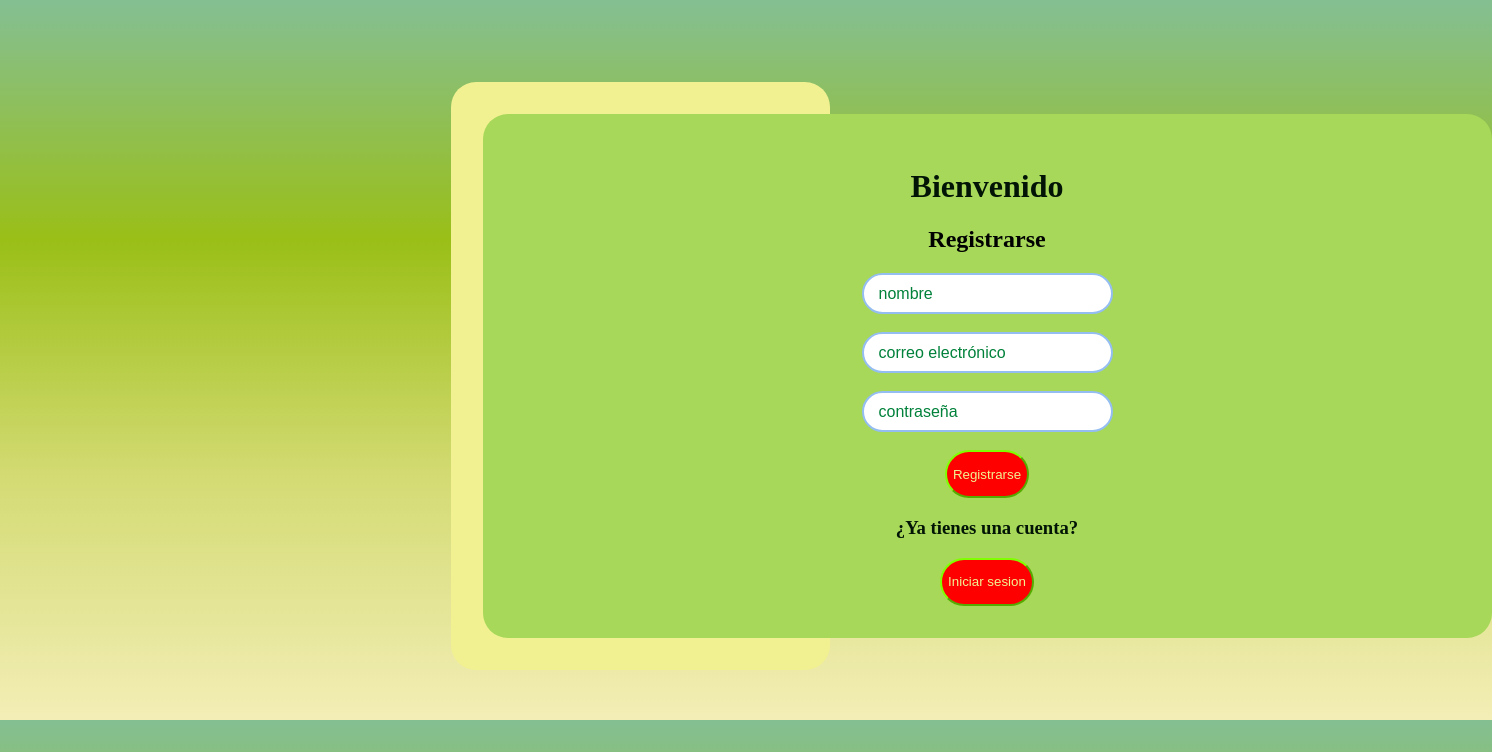
Repository: carrascokarencb37-afk/Nuura
Page: html/registrarse.html
An editor plug-in stored every save of this project. The page is shown before and after the next save, followed by the edit.
The browser window is 1280 px wide. The page is 1492 px wide, then 1280 px, so the pictures cover 1492 px, including what lies to the right of the window. The pictures show the whole page.
Some icons come from a web library that is not loaded, so they are not drawn. Backgrounds fixed to the window are drawn as part of the page.

Above is the page before, as saved 2026-05-28 22:51:41.

### html/registrarse.html
<!DOCTYPE html>
<html lang="es">
<head>
    <meta charset="UTF-8">
    <meta name="viewport" content="width=device-width, initial-scale=1.0">

    <title>Nuura - Registrarse</title>

    <link rel="stylesheet" href="../css/style.css">
    <link rel="icon" href="../img/Nuura.png" type="png">

        <script src="../js/script.js" defer></script>

</head>
    <body>
        <div class="borde">
            <div class="cont">
                <h1>Bienvenido</h1>
                <h2>Registrarse</h2>

        <form action="../php/guardar.php" method="POST">
                <input type="text" name="nombre" placeholder="nombre" id="nombre">
                <br><br>
                <input type="email" name="correo" id="correo" placeholder="correo electrónico">
                <br><br>
            <div class="contra">
                <input type="password" name="contra" id="contra" placeholder="contraseña">
                <span onclick="mostrarContra()" class="ojo">
                    <i
                        class="fi fi-sr-eye">
                    </i>
                </span>
                <br><br>
            </div>

                <button type="submit" class="chapito">Registrarse</button>

        </form>
                <h3>¿Ya tienes una cuenta?</h3>

                <a href="iniciarsesion.html"><button class="chapito">Iniciar sesion</button></a>

            </div>
        </div>

    </body>
</html>

### css/style.css
@import url('https://cdn-uicons.flaticon.com/4.0.0/uicons-solid-rounded/css/uicons-solid-rounded.css');

/*Importar fuente chewy*/
@font-face {
    font-family: 'chewy';
    src: url(../fonts/Chewy-Regular.ttf) format('truetype');
    font-weight: normal;
    font-style: normal;
}


body {
    background-image: linear-gradient(to top, #f3eeb6, #d4db74, #9abf17, #84bf93);
    background-size: cover;
    background-attachment: fixed;
    min-height: 100vh;
    margin: 0;

    justify-content: center;
    text-align: center;
    padding: 1rem;
    display: flex;
    align-items: center;
    justify-content: center;
}

.titulo {
    font-family: Arial, Helvetica, sans-serif;
}

.boton {
    text-decoration: none;
}

/*Aqui empieza el estilo de INICIAR SESION.html*/
.cont{
    border-radius: 25px;
    background-color: #a7d859;
    padding: 2rem;
    min-width: 300%;
    min-height: 70%;
}
.cont h1{
    color: rgb(2, 20, 5);
    font-family:cursive;
}
.cont h3{
    color:rgb(2, 20, 5);
    font-family:cursive;
}

.borde{
    background-color: #F1F191;
    border-radius:25px;
    padding: 2rem;
}

/*registros*/
.cont input{
    border-radius:30px;
    height: 2rem;
    width: 15rem;
    border-color: rgb(148, 189, 241);
}
.cont ::placeholder{
    color: rgb(0, 129, 58);
}

input{
    color: #004d00;
    max-width: 230px;
    min-height: 35px;

    border-radius: 20px;
    border: 2px solid #4c74ff;

    padding-left: 15px;

    color: #145214;

    font-size: 16px;

    outline: none;
}

/*ojito password*/
.fi fi-sr-eye{
    position: absolute;
    right: 15px;
    top: 8px;
    transform: translateY(-50%);
    cursor: pointer;
}

/*botones*/
.chapito{
    border-radius: 25px;
    background-color:rgb(78, 167, 42) ;
    border-color: chartreuse;
    height: 2rem;
    color: #F1F191;
    transition: 1s;
    background-color: red;
    height: 3rem;
    cursor: pointer;
}
.chapito:hover{
    background-color:rgb(148, 189, 241);
    color: blue;
    border-color: blue;
    transition: 1s;
    transform: scale(1.05);
}

/* Móviles medianos (480px - 768px) */
@media (min-width: 481px) and (max-width: 768px) {
    body {
        padding: 1rem;
    }

    .borde {
        max-width: 500px;
    }

    .cont {
        max-width: 400px;
    }

    .cont input {
        max-width: 260px;
    }

    input {
        max-width: 260px;
    }

    .contra {
        max-width: 260px;
    }
}

/* Móviles en horizontal y tablets pequeñas */
@media (max-width: 768px) {
    .chapito:hover {
        transform: none; /* Evita problemas de hover en táctil */
    }
}

/* Ajuste para pantallas muy pequeñas (menos de 360px) */
@media (max-width: 360px) {
    .cont {
        padding: 1rem;
    }

    .chapito {
        width: 100%;
        max-width: 200px;
        font-size: 0.85rem;
    }

    .cont h1 {
        font-size: 1.4rem;
    }

    .cont h2 {
        font-size: 1.1rem;
    }
}

### js/script.js
//Aqui está el código para mostrar la contraseña en el input de iniciar sesión
function mostrarContra() {
    const input = document.getElementById('contra');
    if (input.type === 'password') {
        input.type = 'text';
    }else {
        input.type = 'password';
    }

}

After the next save:
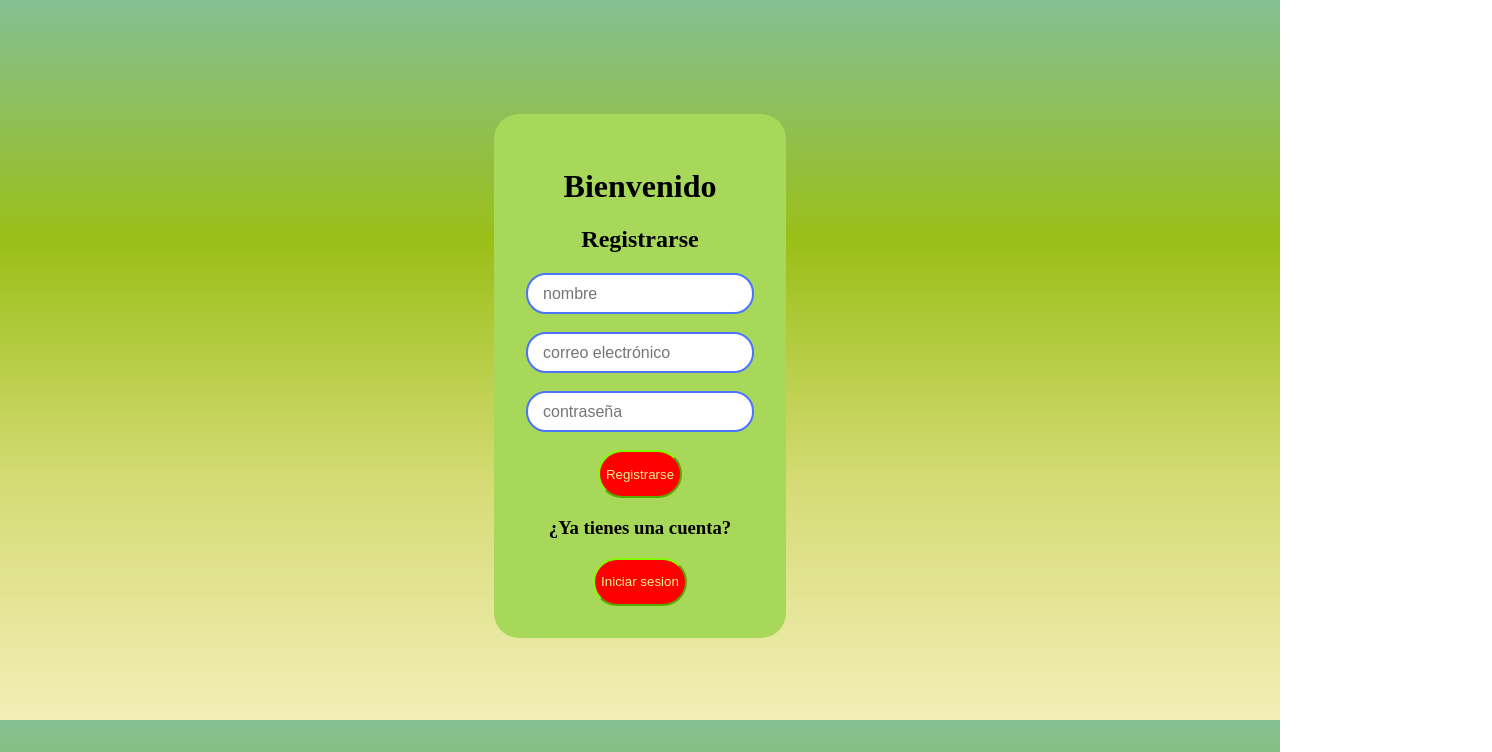
Saved 16 s later.
--- a/css/style.css
+++ b/css/style.css
@@ -37,9 +37,7 @@ body {
     border-radius: 25px;
     background-color: #a7d859;
     padding: 2rem;
-    min-width: 300%;
-    min-height: 70%;
-}
+
 .cont h1{
     color: rgb(2, 20, 5);
     font-family:cursive;
